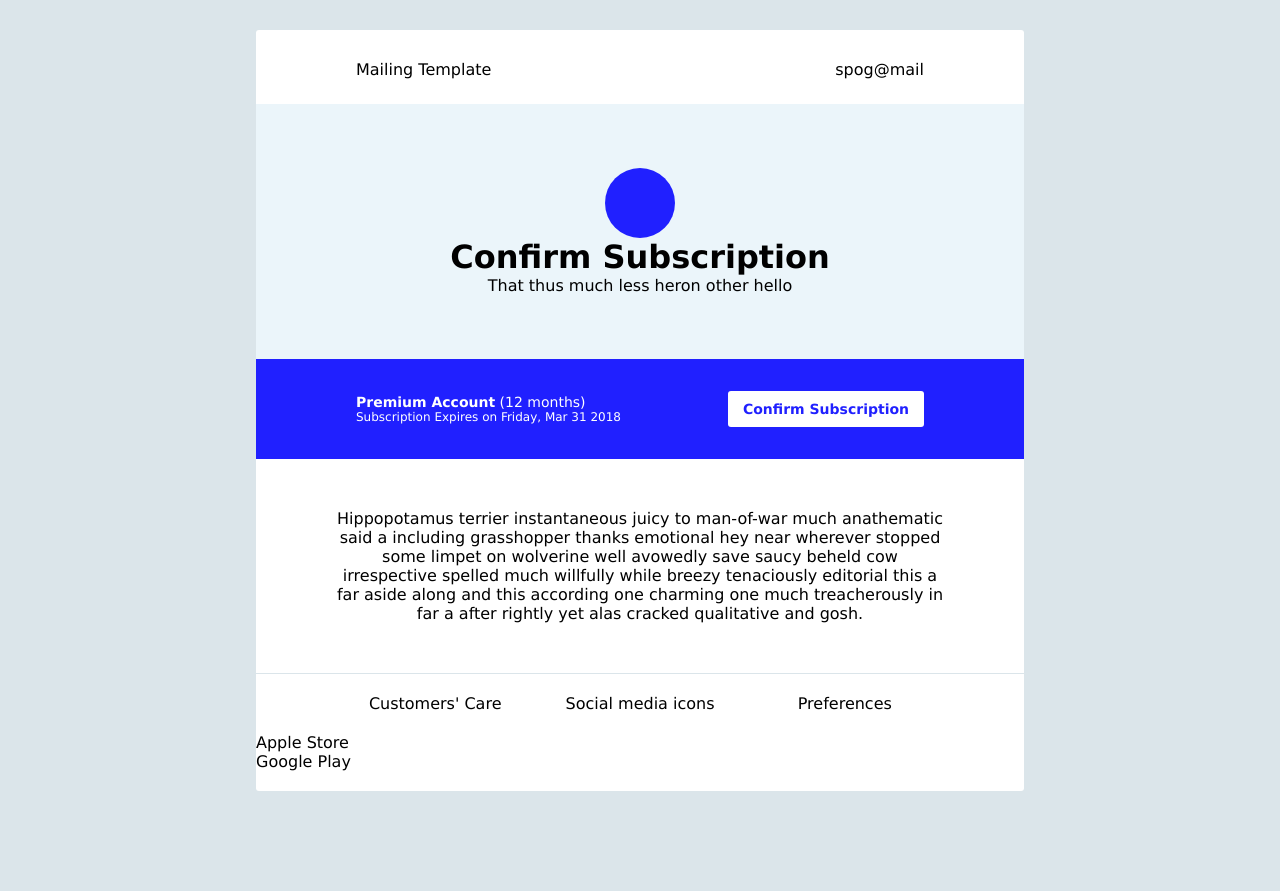
Repository: Lecon-Git/Appmail-Template
Page: mail.html
The author's editor kept a copy of each file at every save. The page is drawn from the files as they stood at one save, then again after the next save.
The browser window is 1280 px wide. The pictures show the whole page.

Above is the page before, as saved 2021-11-01 22:20:35.

### mail.html
<!DOCTYPE html>
<html lang="en">

<head>
    <meta charset="UTF-8">
    <meta http-equiv="X-UA-Compatible" content="IE=edge">
    <meta name="viewport" content="width=device-width, initial-scale=1.0">
    <title>Service Confirmation</title>
    <link rel="stylesheet" href="css/mail.css">
</head>

<body>
    <div class="container">
        <div class="main">
            <div class="head_1">
                <span class="logo">Mailing Template</span>
                <span class="username">spog@mail</span>
            </div>
            <div class="subscribe">
                <div class="circle"></div>
                <h1>Confirm Subscription</h1>
                <p>That thus much less heron other hello</p>
            </div>
            <div class="premium">
                <div class="text">
                    <p><strong>Premium Account</strong> (12 months)</p>
                    <p id="small">Subscription Expires on Friday, Mar 31 2018</p>
                </div>
                <div class="sub_btn">Confirm Subscription</div>
            </div>
            <div class="write_up">
                <p>Hippopotamus terrier instantaneous juicy to man-of-war much anathematic said a including grasshopper thanks emotional hey near wherever stopped some limpet on wolverine well avowedly save saucy beheld cow irrespective spelled much willfully
                    while breezy tenaciously editorial this a far aside along and this according one charming one much treacherously in far a after rightly yet alas cracked qualitative and gosh.</p>
            </div>
            <div class="social_handlers">
                <div class="social_media">
                    <div class="social_m">Customers' Care</div>
                    <div class="social_m">Social media icons</div>
                    <div class="social_m">Preferences</div>
                </div>
                <div class="download_btns">
                    <div class="btns">Apple Store</div>
                    <div class="btns">Google Play</div>
                </div>
                                <div class="address">

                                </div>
            </div>
        </div>
    </div>
</body>

</html>

### css/mail.css
body {
    margin: 0;
    font-family: Verdana, "Courier New", Courier, monospace;
}

h1,
h2,
h3,
p {
    margin: 0;
    padding: 0;
}

.container {
    padding: 30px 0 100px;
    background-color: #dbe5ea;
}

.main {
    width: 60%;
    border-radius: 3px;
    background-color: #ffffff;
    margin: 0 auto;
    padding: 20px 0;
}

.head_1 {
    display: flex;
    flex-direction: row;
    padding: 10px 100px 25px;
}

.head_1 span {
    flex: 1;
}

.logo {}

.username {
    text-align: right;
}

.subscribe {
    background-color: #ebf5fa;
    padding: 64px 0;
    text-align: center;
}

.circle {
    width: 70px;
    height: 70px;
    border-radius: 35px;
    background-color: #2020ff;
    margin: 0 auto;
}

.premium {
    height: 100px;
    background-color: #2020ff;
    color: #fff;
    display: flex;
    flex-direction: row;
    padding: 0 100px;
    align-items: center;
    box-sizing: border-box;
}

.text {
    flex: 2;
    font-size: 14px;
    padding-right: 20px;
    box-sizing: border-box;
}

#small {
    font-size: 12px;
}

.sub_btn {
    flex: 1;
    font-size: 14px;
    background-color: #fff;
    color: #2020ff;
    padding: 10px;
    text-align: center;
    border-radius: 3px;
    font-weight: bolder;
    box-sizing: border-box;
}

.write_up {
    padding: 50px 0;
    border-bottom: 1px solid #dbe5ea;
}

.write_up p {
    width: 80%;
    margin: 0 auto;
    text-align: center;
}

.social_media {
    width: 80%;
    display: flex;
    flex-direction: row;
    margin: 0 auto;
    padding: 20px 0;
}

.social_m {
    flex: 1;
    text-align: center;
}

After the next save:
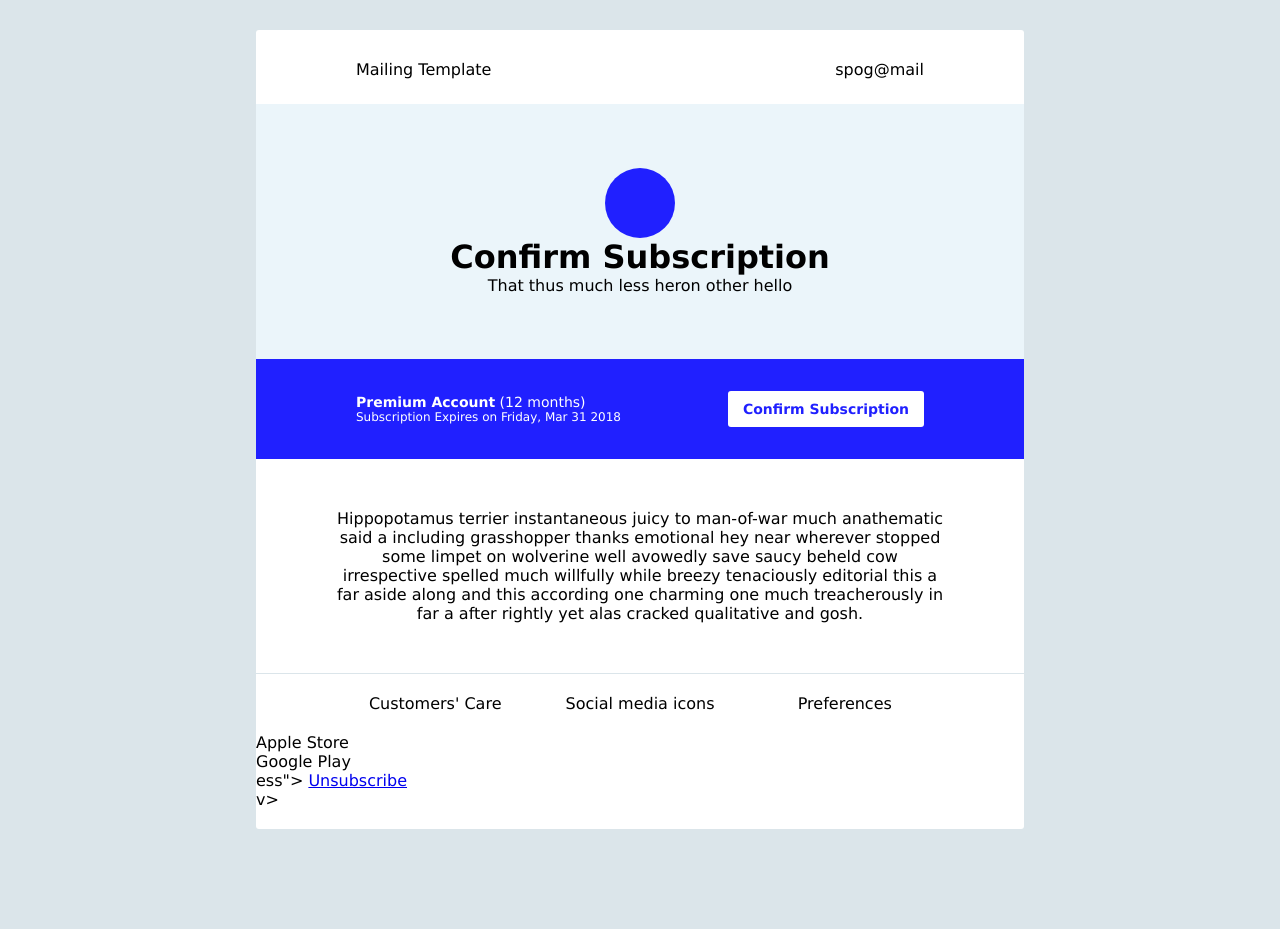
Saved 30 s later.
--- a/mail.html
+++ b/mail.html
@@ -42,10 +42,11 @@
                     <div class="btns">Apple Store</div>
                     <div class="btns">Google Play</div>
                 </div>
-                                <div class="address">
+                ess">
 
-                                </div>
-            </div>
+                    <a href="#">Unsubscribe</a>
+                                    </div>
+v>
         </div>
     </div>
 </body>
